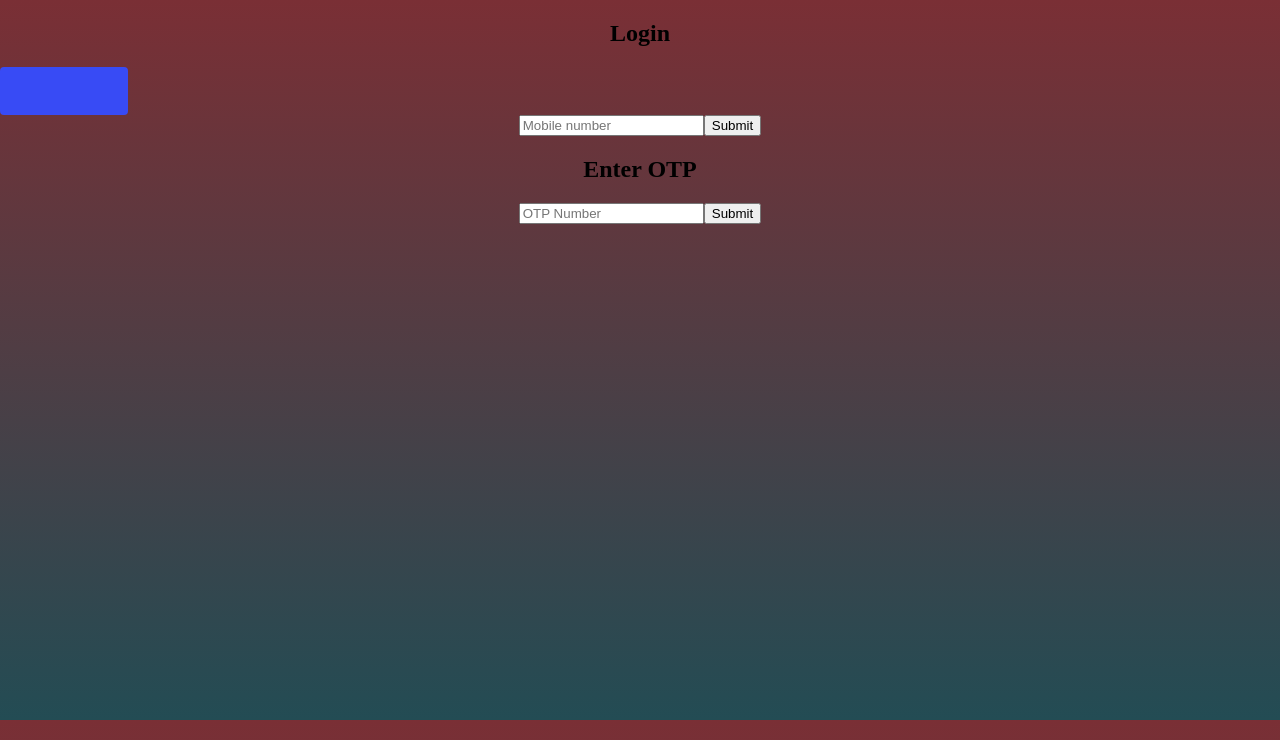
Repository: jagan607/N-Kalari
Page: /
The author's editor kept a copy of each file at every save. The page is drawn from the files as they stood at one save, then again after the next save.
The browser window is 1280 px wide. The pictures show the whole page.
The project was rebuilt for these pictures with package versions that can differ from the ones it lists, and the page was loaded fresh each time. Also part of the build but not shown: src/App.css, src/components/wallet/index.css, src/services/user.service.js, src/actions/user.action.js, src/components/wallet/Wallet.js. Imported but missing from the stored project, and not drawn on this page: src/constants/user.constants, src/reducers/rootReducer.

Above is the page before, as saved 2022-01-08 16:22:37.

### src/index.css
body,
html,
.App,
#root,
.main {
  width: 100%;
  height:100%;
  scroll-behavior: smooth;

}
body{
    margin: 0;
    padding: 0;
    text-align: center;
    background-image: linear-gradient(#7A2F35, #234C54);
  }

### src/App.js
import logo from './logo.svg';
import './App.css';
import React, { Component } from "react"
import Login from './components/Login/Login'
import {Wallet} from './components/wallet/Wallet'
import {history} from './helpers/history'
import {Router, Route, Routes } from "react-router-dom";


class App extends Component {
  constructor(props) {
    super(props);
  }

  render() {
    return(
      <div>
        <Login></Login>

        {/* <Wallet></Wallet> */}

          {/* <Route exact path="/">
          </Route> */}
          {/* <Route exact path="/wallet">
            <Wallet/>
          </Route> */}
     </div>
    );
}
}

export default App;

### src/helpers/store.js
import { createStore, applyMiddleware, compose } from "redux";
import thunkMiddleware from "redux-thunk";
import { createLogger } from "redux-logger";
import rootReducer from "./../reducers/rootReducer";


const composeEnhancers = window.__REDUX_DEVTOOLS_EXTENSION_COMPOSE__ || compose;

const loggerMiddleware = createLogger();

export const store = createStore(
  rootReducer,
  composeEnhancers(applyMiddleware(thunkMiddleware, loggerMiddleware))
);

### src/components/Login/Login.js
import { render } from "@testing-library/react";
import React, { Component } from "react"
import {Wallet} from "../wallet/Wallet";
import firebase from './../../helpers/firebase'
import {history} from './../../helpers/history'
import styles from './index.css';

class Login extends Component{
    constructor(props){
        super(props);

    }


handleChange = (e) =>{
    const {name, value } = e.target
    this.setState({
        [name]: value
      })
  }
  configureCaptcha = () =>{
    window.recaptchaVerifier = new firebase.auth.RecaptchaVerifier('sign-in-button', {
      'size': 'invisible',
      'callback': (response) => {

        this.onSignInSubmit();
        console.log("Recaptca varified")
      },
      defaultCountry: "IN"
    });
  }
  onSignInSubmit = (e) => {
    e.preventDefault()
    this.configureCaptcha()
    const phoneNumber = "+91" + this.state.mobile
    console.log(phoneNumber)
    const appVerifier = window.recaptchaVerifier;
    firebase.auth().signInWithPhoneNumber(phoneNumber, appVerifier)
        .then((confirmationResult) => {

          window.confirmationResult = confirmationResult;
          console.log("OTP has been sent")

        }).catch((error) => {

          console.log("SMS not sent")
        });
  }
  onSubmitOTP = (e) =>{
    e.preventDefault()
    const code = this.state.otp
    console.log(code)
    window.confirmationResult.confirm(code).then((result) => {
      // User signed in successfully.
      const user = result.user;
      console.log(JSON.stringify(user))
      return <Wallet></Wallet>

    }).catch((error) => {

    });
  }

render(){
    return(
        <div>
        <h2 className="Login-heading">Login</h2>
        <form onSubmit={this.onSignInSubmit}>
          <div id="sign-in-button" className="btn-signin"></div>
          <input type="number" name="mobile" placeholder="Mobile number" required onChange={this.handleChange}/>
          <button type="submit">Submit</button>
        </form>

        <h2>Enter OTP</h2>
        <form onSubmit={this.onSubmitOTP}>
          <input type="number" name="otp" placeholder="OTP Number" required onChange={this.handleChange}/>
          <button type="submit">Submit</button>
        </form>
      </div>
    );
}

}

export default Login;

### src/helpers/firebase.js
import firebase from 'firebase/compat/app';
import 'firebase/compat/auth';

var firebaseConfig = {
    apiKey: "AIzaSyDZjLb_085wvPOTY7agukIuBDpo2tSR5GM",
    authDomain: "nkalari-8f0ee.firebaseapp.com",
    projectId: "nkalari-8f0ee",
    storageBucket: "nkalari-8f0ee.appspot.com",
    messagingSenderId: "627102137961",
    appId: "1:627102137961:web:5232a754646159907d6cf8",
    measurementId: "G-GL01VM6V4Y"
  };

firebase.initializeApp(firebaseConfig);

export default firebase;

### src/components/Login/index.css

.btn-signin{
    margin-right: 4%;
    width: 8rem;
    height: 3rem;
    background: #384BF5;
    border-radius: 4px;
    color: white;
    border: none;
    max-width: 100%;

}

Loaded but not shown: public/index.html (common file); src/index.js (common file); src/reportWebVitals.js (common file); src/helpers/history.js (common file)

After the next save:
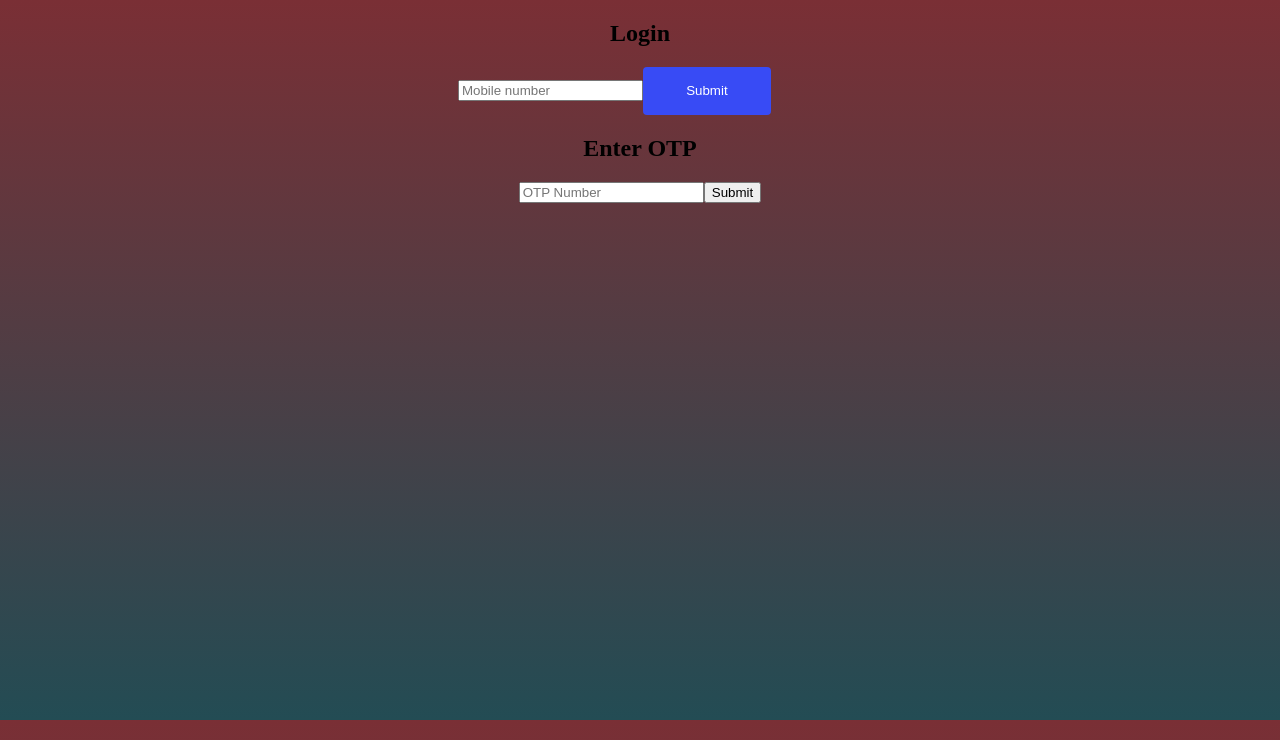
Saved 83 s later.
--- a/src/components/Login/Login.js
+++ b/src/components/Login/Login.js
@@ -66,9 +66,9 @@ render(){
         <div>
         <h2 className="Login-heading">Login</h2>
         <form onSubmit={this.onSignInSubmit}>
-          <div id="sign-in-button" className="btn-signin"></div>
+          <div id="sign-in-button" ></div>
           <input type="number" name="mobile" placeholder="Mobile number" required onChange={this.handleChange}/>
-          <button type="submit">Submit</button>
+          <button type="submit" className="btn-signin">Submit</button>
         </form>
 
         <h2>Enter OTP</h2>
